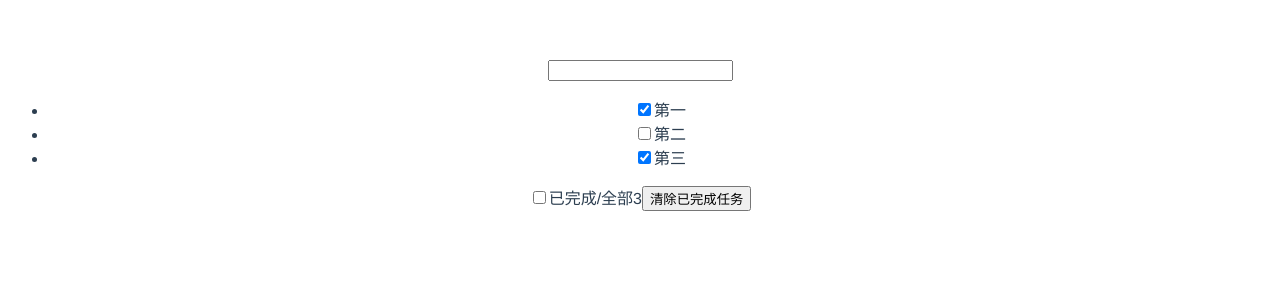
Repository: 13067902180/vue2.0study
Page: /
These files come from the project's save history. The page is drawn as it stood at one moment and after the next save; the edit follows.
The browser window is 1280 px wide. The pictures show the whole page.
The project was rebuilt for these pictures with package versions that can differ from the ones it lists, and the page was loaded fresh each time. Also part of the build but not shown: vue.config.js.

Above is the page before, as saved 2023-02-07 17:08:16.

### public/index.html
<!DOCTYPE html>
<html lang="">
  <head>
    <meta charset="utf-8">
    <!-- 针对ie浏览器的特殊配置，让ie最高级别渲染页面 -->
    <meta http-equiv="X-UA-Compatible" content="IE=edge">
    <!-- 开启移动端的理想视口 -->
    <meta name="viewport" content="width=device-width,initial-scale=1.0">
    <!-- 配置页签图标 <%= BASE_URL %> ==== ./ 怕打包出问题 指的是public所在的路径-->
    <link rel="icon" href="<%= BASE_URL %>favicon.ico">
    <!-- 配置网页图标  %= htmlWebpackPlugin.options.title % 是webpack里的插件1-->
    <title><%= htmlWebpackPlugin.options.title %></title>
  </head>
  <body>
    <!-- 如果浏览器不支持js 显示 支持就不渲染 -->
    <noscript>
      <strong>We're sorry but <%= htmlWebpackPlugin.options.title %> doesn't work properly without JavaScript enabled. Please enable it to continue.</strong>
    </noscript>

    <div id="app"></div>
    <!-- built files will be auto injected -->
  </body>
</html>
<!-- 整个页面的界面 -->

### src/main.js
//引入vue 精简版  正式版是vue.js dist/vue.js
import Vue from 'vue'
//app所有组件的父组件
import App from './App.vue'
//import {hunhe,hunhe2} from './mixin'
//import plugins from './plugins'
// 引用插件
//Vue.use(plugins)
// 引用混入
//Vue.mixin(hunhe)
//Vue.mixin(hunhe2)
// 关闭生产提示
Vue.config.productionTip = false
// 创建vue实例对象  ---vm
new Vue({
  // 将app组件放入容器中
  render: h => h(App),
  // 引用了精简版vue没有模板解析器 要用render函数不能用template
  // vue包含模板解析器和vue核心
  // render(creat){
  //  return creat('h1','NIHAO')
  // }
  // 等于el：'#app'
}).$mount('#app')

### src/App.vue
<template>
  <div id="app">
    <MyHeader :addTodo="addTodo" />
    <MyList :todos="todos" :deleteTodo="deleteTodo" />
    <MyFooter :todos="todos" />
  </div>
</template>

<script>
// 引入组件  组件全放到components
import MyHeader from "./components/MyHeader.vue";
import MyFooter from "./components/MyFooter.vue";
import MyList from "./components/MyList.vue";
export default {
  name: "App",
  data() {
    return {
      todos: [
        { id: "001", title: "第一", done: true },
        { id: "002", title: "第二", done: false },
        { id: "003", title: "第三", done: true },
      ],
    };
  },
  methods: {
    // 数据在哪操作在哪
    addTodo(todoObj) {
      this.todos.unshift(todoObj);
    },
    deleteTodo(id) {
      // this.todos = this.todos.filter((todo) => todo.id !== id);
      this.todos = this.todos.filter((todo) => {
        return todo.id !== id;
      });
    },
  },

  // 注册组件
  components: {
    MyHeader,
    MyFooter,
    MyList,
  },
};
</script>

<style>
#app {
  font-family: Avenir, Helvetica, Arial, sans-serif;
  -webkit-font-smoothing: antialiased;
  -moz-osx-font-smoothing: grayscale;
  text-align: center;
  color: #2c3e50;
  margin-top: 60px;
}
</style>

### src/components/MyHeader.vue
<template>
  <div class="todo-header">
    <input type="text" name="" id="" @keyup.enter="add" v-model="title" />
  </div>
</template>

<script>
import { nanoid } from "nanoid";
export default {
  name: "MyHeader",
  data() {
    return {
      title: "",
    };
  },
  props: ["addTodo"],
  methods: {
    add() {
      // 校验数据
      if (!this.title) return;
      // 将输入包装陈TODO对象
      const todoObj = { id: nanoid(), title: this.title, done: false };
      // 通知app组件去添加有一个todo对象
      this.addTodo(todoObj);
      // 清空输入
      this.title = "";
    },
  },
};
</script>

<style>
</style>

### src/components/MyFooter.vue
<template>
  <div class="todo-footer">
    <label for="">
      <input type="checkbox" />
    </label>
    <span>
      <span>已完成{{ doneTotal }}</span
      >/全部{{ todos.length }}</span
    >
    <button class="btn btn-danger">清除已完成任务</button>
  </div>
</template>

<script>
export default {
  name: "MyFooter",
  props: ["todos"],
  computed: {
    // eslint-disable-next-line vue/return-in-computed-property
    doneTotal() {
      // let i = 0;
      // this.todos.forEach((todo) => {
      //   if (todo.done) i++;
      // });
      // return i;
      this.todos.reduce((pre, current) => {
        console.log("@", pre);
        return pre + (current.done ? 1 : 0);
      }, 0);
    },
  },
};
</script>

<style>
</style>

### src/components/MyList.vue
<template>
  <ul class="todo-main">
    <MyItem
      v-for="item in todos"
      :key="item.id"
      :todo="item"
      :deleteTodo="deleteTodo"
    ></MyItem>
  </ul>
</template>

<script>
import MyItem from "./MyItem.vue";
export default {
  name: "MyList",
  components: {
    MyItem,
  },
  props: ["todos", "deleteTodo"],
};
</script>

<style>
</style>

### src/components/MyItem.vue
<template>
  <li>
    <label>
      <!-- <input
        type="checkbox"
        :checked="todo.done"
        @change="handleCheck(todo.id)"
      /> -->
      <input type="checkbox" v-model="todo.done" />
      <!-- 不建议 vue无法监视props内部内容 只监视props是修改了props -->
      <span>{{ todo.title }}</span>
    </label>
    <button class="btn brn-danger" @click="handeleDelete(todo.id)">删除</button>
  </li>
</template>

<script>
export default {
  name: "MyItem",
  props: ["todo", "deleteTodo"],
  methods: {
    handeleDelete(id) {
      if (confirm("确定删除吗？")) {
        this.deleteTodo(id);
      }
    },
  },
};
</script>

<style scoped>
li:hover {
  background: #ddd;
}
li button {
  display: none;
}
li:hover button {
  display: inline-block;
}
</style>

After the next save:
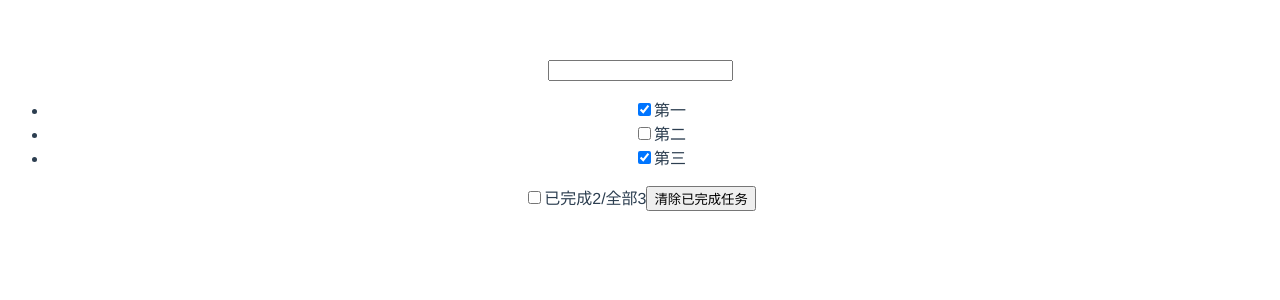
Saved 45 s later.
--- a/src/components/MyFooter.vue
+++ b/src/components/MyFooter.vue
@@ -23,7 +23,7 @@
       //   if (todo.done) i++;
       // });
       // return i;
-      this.todos.reduce((pre, current) => {
+      return this.todos.reduce((pre, current) => {
         console.log("@", pre);
         return pre + (current.done ? 1 : 0);
       }, 0);

After the 2 saves that followed:
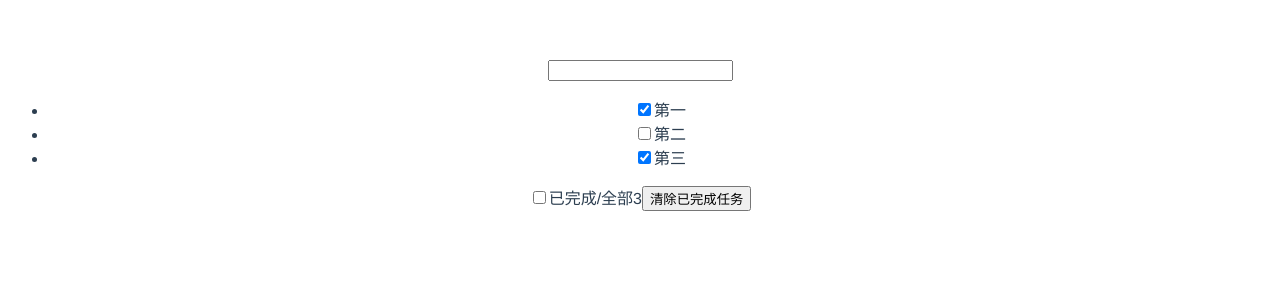
The 2 saves are shown as one change because 1 left the picture as it was.
The last was saved 75 s later.
--- a/src/components/MyFooter.vue
+++ b/src/components/MyFooter.vue
@@ -23,7 +23,11 @@
       //   if (todo.done) i++;
       // });
       // return i;
-      return this.todos.reduce((pre, current) => {
+      // const x= this.todos.reduce((pre, current) => {
+      //   console.log("@", pre);
+      //   return pre + (current.done ? 1 : 0);
+      // }, 0);
+      const x = this.todos.reduce((pre, current) => {
         console.log("@", pre);
         return pre + (current.done ? 1 : 0);
       }, 0);
